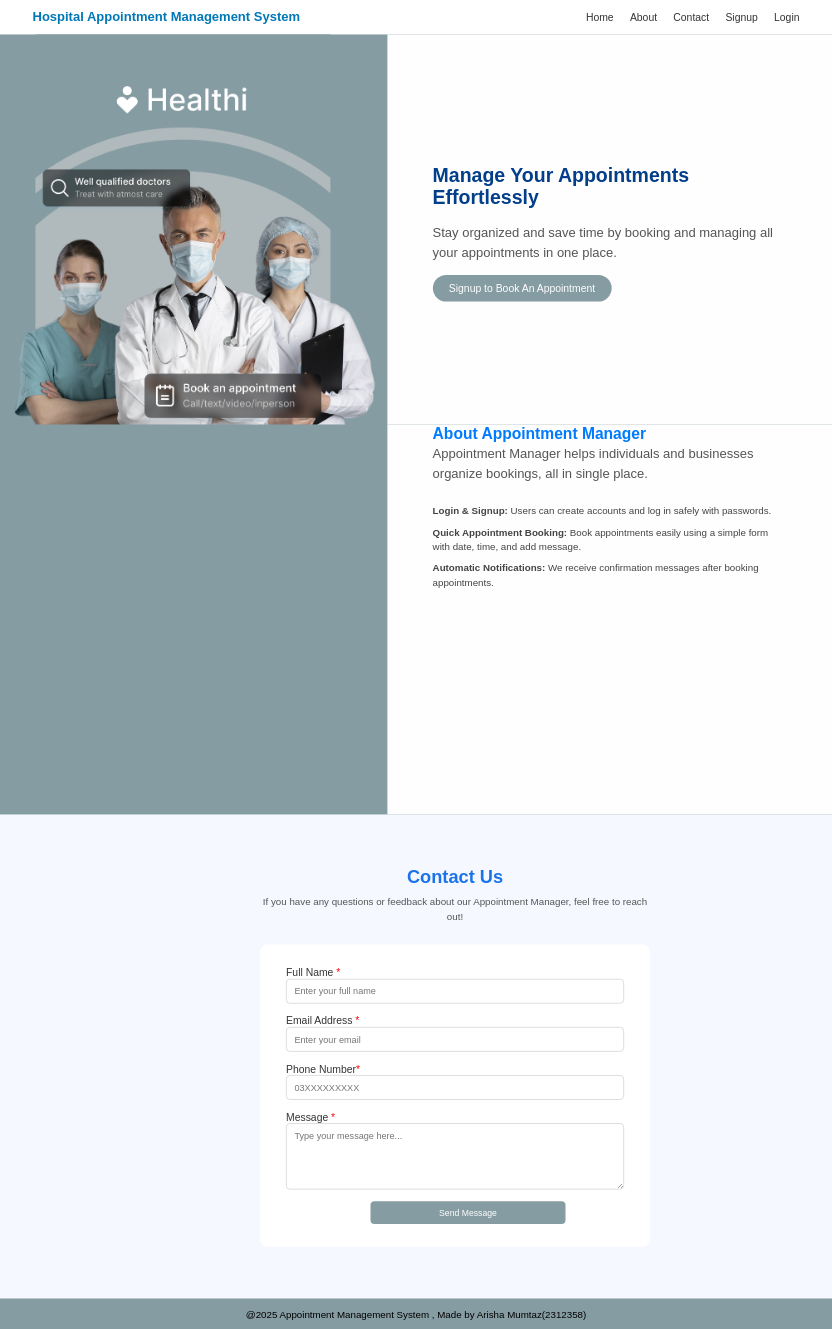
Repository: Arisha004/hospital-management-midterm-
Page: landingpage.html
The author's editor kept a copy of each file at every save. The page is drawn from the files as they stood at one save, then again after a run of saves.
The browser window is 1280 px wide. The pictures show the whole page, at 65% of full size.

Above is the page before, as saved 2025-11-08 14:23:00.
Not found: images/aboutimg.png

After the next 3 saves:
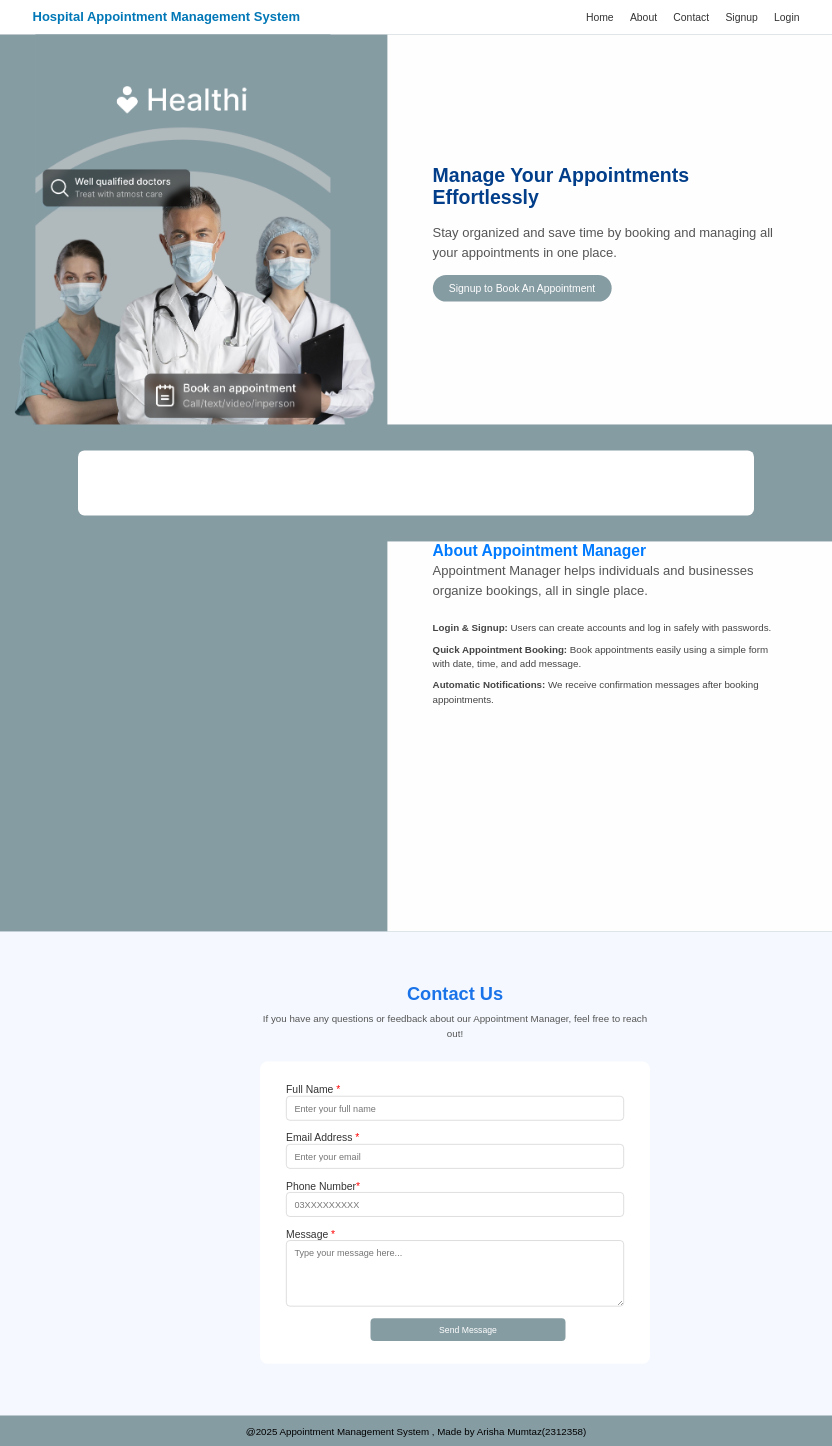
The 3 saves are shown as one change because they came seconds apart.
The last was saved 23 s later.
--- a/landingpage.html
+++ b/landingpage.html
@@ -53,7 +53,7 @@ a{
 
   </section>
 
-
+<section class="container about-inner"></section>
     <section class="landing">
       <div class="rightabout"></div>
     <div class="left">
